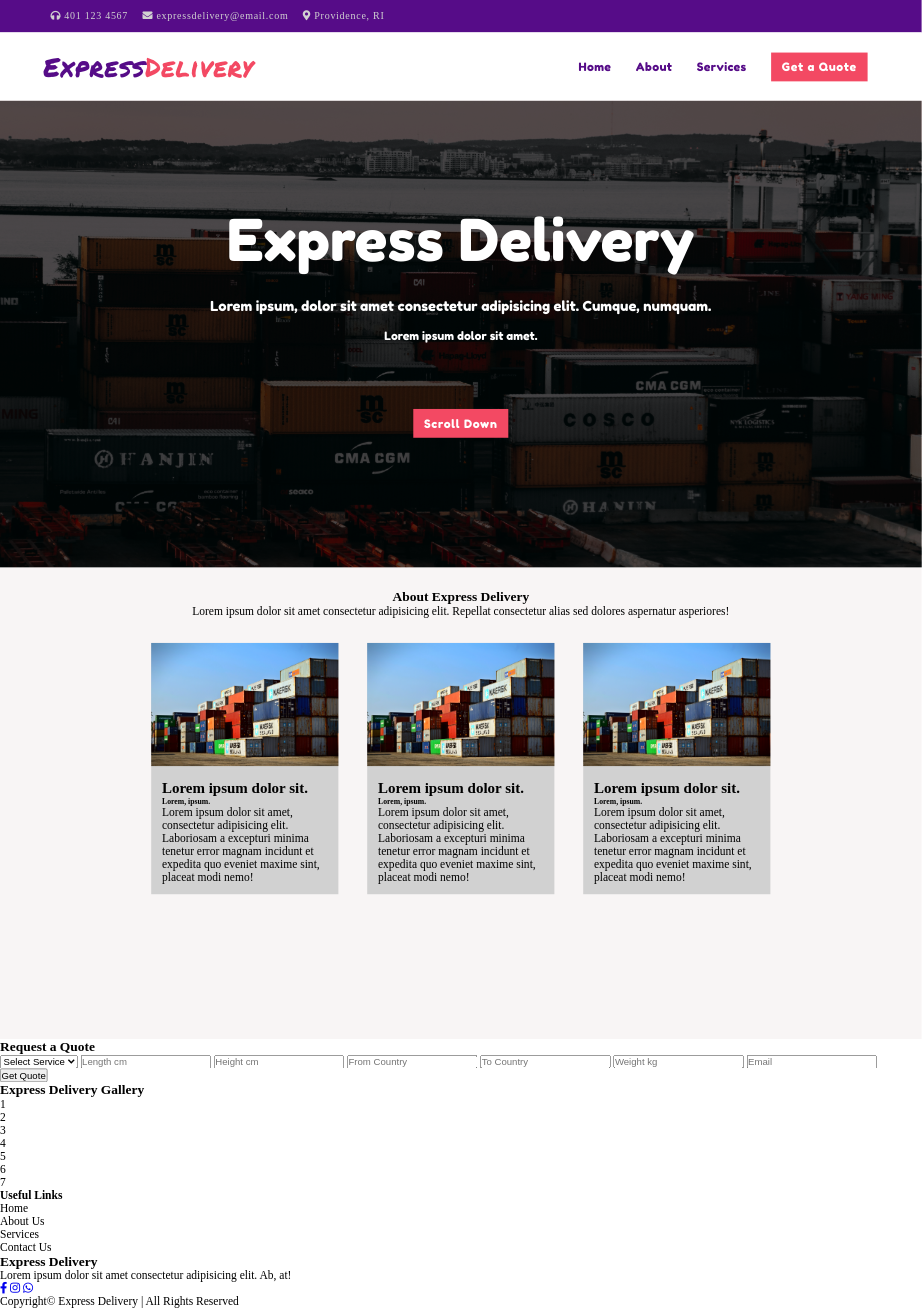
Repository: just-mann/express-delivery
Page: index.html
The author's editor kept a copy of each file at every save. The page is drawn from the files as they stood at one save, then again after the next save.
The browser window is 1280 px wide. The pictures show the whole page, at 72% of full size.
The style sheet was rebuilt from its Sass, Less or Tailwind sources for each picture, by a compiler version that may differ from the author's.

Above is the page before, as saved 2021-06-30 14:31:40.

After the next save:
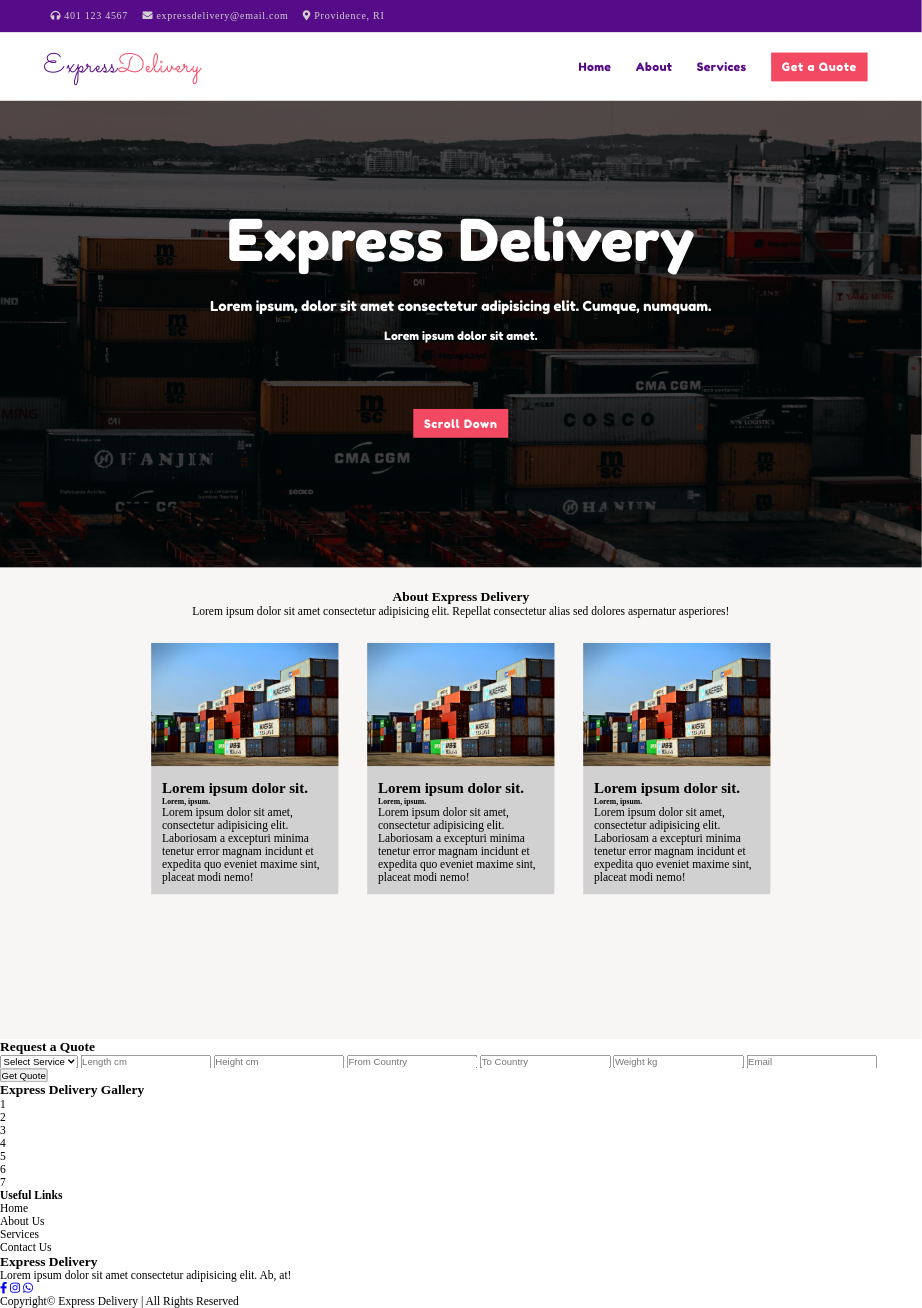
Saved 14 s later.
--- a/Sass/default__styles.scss
+++ b/Sass/default__styles.scss
@@ -12,7 +12,7 @@ $primary__color: #F34963;
 $secondary__color: #560c88;
 $light__white: #ffffff;
 $dark__white: #d1d1d1;
-$primary__font: 'Permanent Marker', cursive;
+$primary__font: 'Sacramento', cursive;
 $secondary__font: 'Fredoka One', cursive;
 
 
